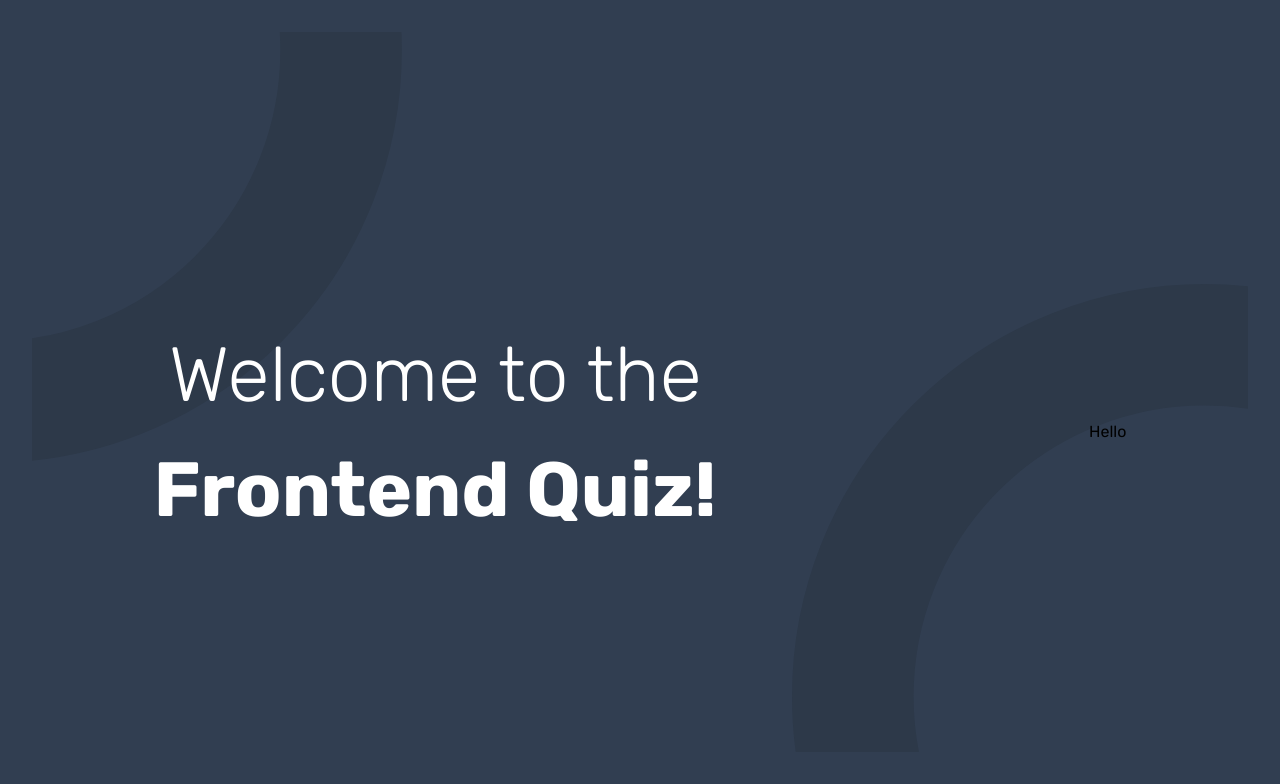
Repository: Shenixo/QuizApp
Page: /
The author's editor kept a copy of each file at every save. The page is drawn from the files as they stood at one save, then again after the next save.
The browser window is 1280 px wide. The pictures show the whole page.
The project was rebuilt for these pictures with package versions that can differ from the ones it lists, and the page was loaded fresh each time. Also part of the build but not shown: vite.config.js, src/Components/Navbar/Navbar.jsx.

Above is the page before, as saved 2025-03-31 11:05:52.

After the next save:
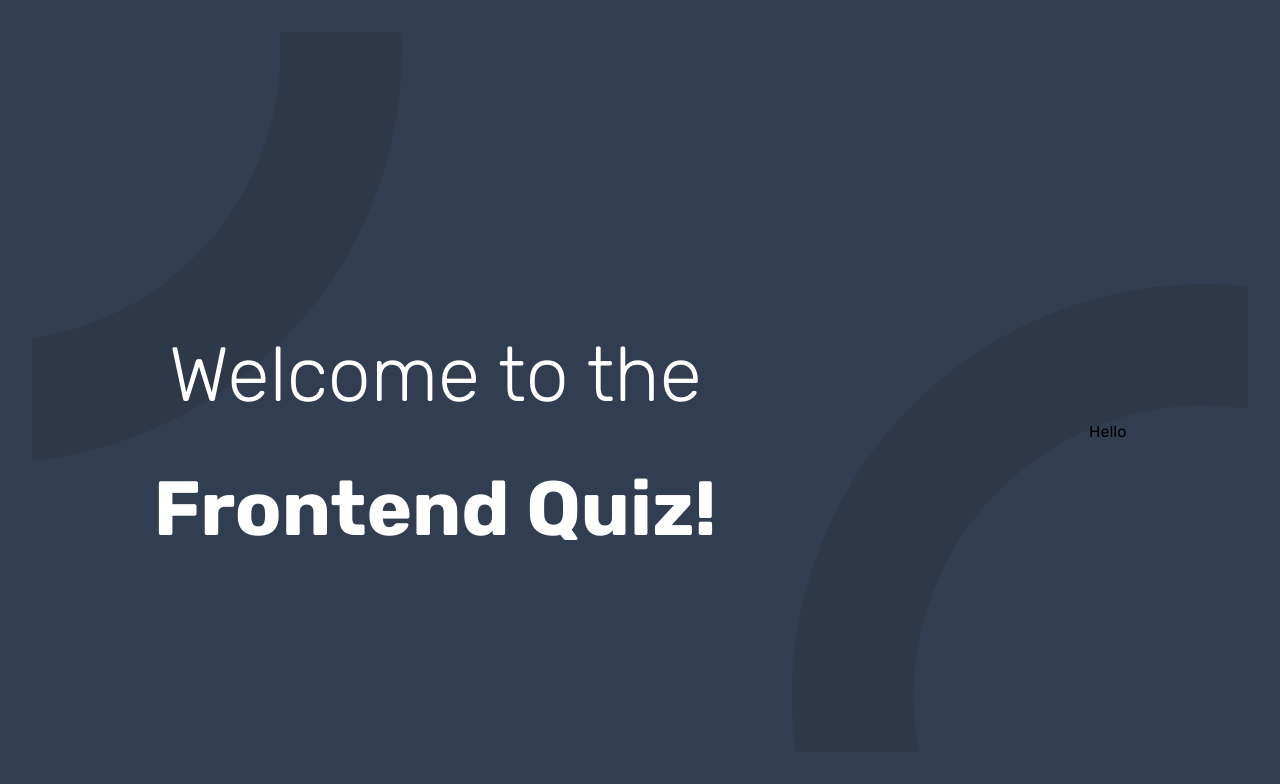
Saved 7 s later.
--- a/src/Components/Home/Home.jsx
+++ b/src/Components/Home/Home.jsx
@@ -6,7 +6,7 @@
     <div className="w-[80%] mx-auto placeholder-stone-200 pt-20 flex items-center justify-center h-[100vh]">
       <div className="flex items-center justify-between w-full">
       <div>
-        <h1 className="text-white font-thin text-[4.8rem] leadi">Welcome to the</h1>
+        <h1 className="text-white font-thin text-[4.8rem] leading-loose">Welcome to the</h1>
         <h1 className="text-white text-[4.8rem] font-bold">Frontend Quiz!</h1>
       </div>
         <div>

After the save that followed:
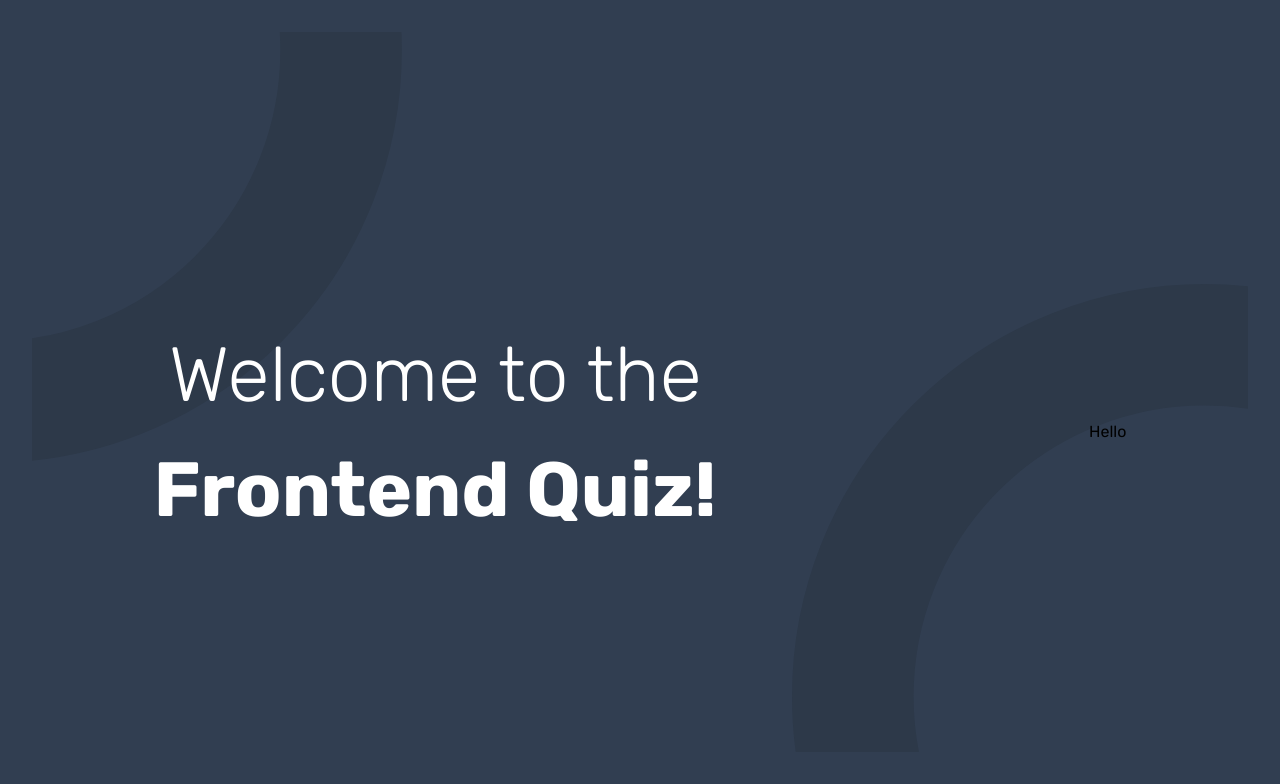
Saved 4 s later.
--- a/src/Components/Home/Home.jsx
+++ b/src/Components/Home/Home.jsx
@@ -6,7 +6,7 @@
     <div className="w-[80%] mx-auto placeholder-stone-200 pt-20 flex items-center justify-center h-[100vh]">
       <div className="flex items-center justify-between w-full">
       <div>
-        <h1 className="text-white font-thin text-[4.8rem] leading-loose">Welcome to the</h1>
+        <h1 className="text-white font-thin text-[4.8rem] leading-">Welcome to the</h1>
         <h1 className="text-white text-[4.8rem] font-bold">Frontend Quiz!</h1>
       </div>
         <div>
